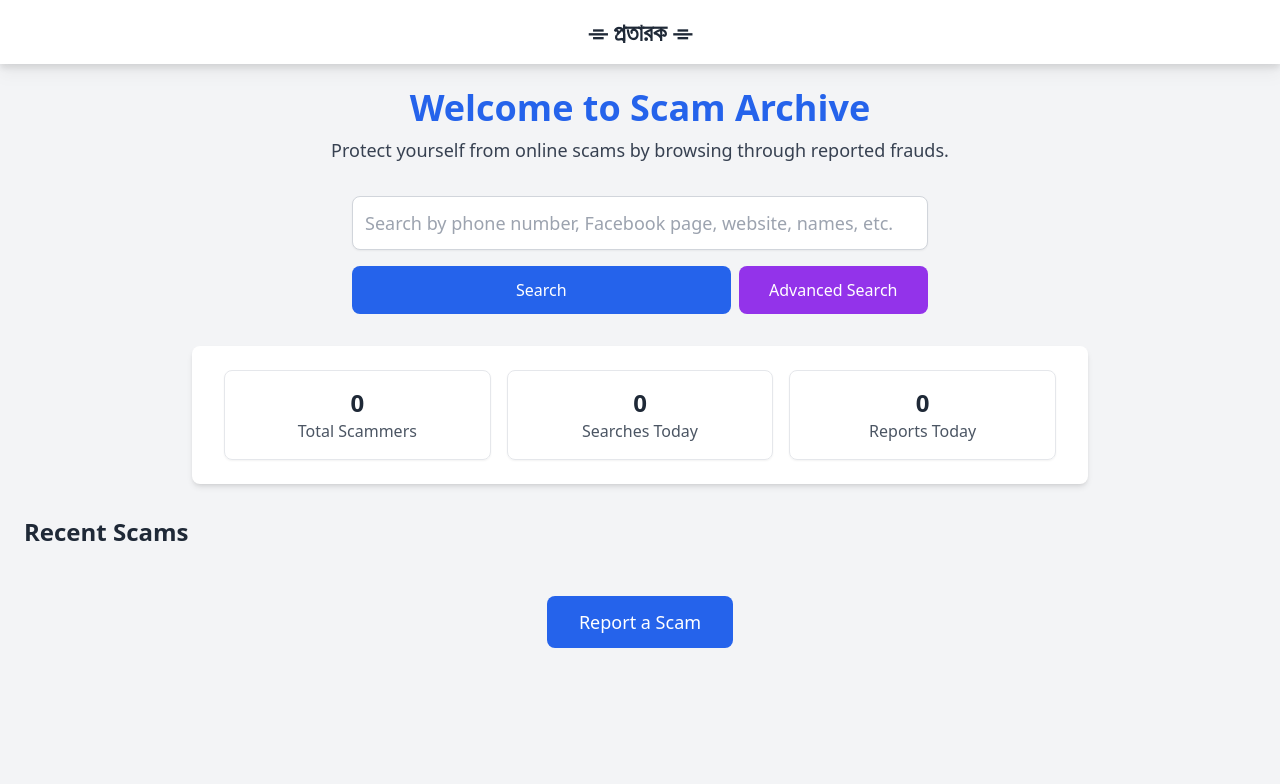
Repository: dev-athar/protarok
Page: /
An editor plug-in stored every save of this project. The page is shown before and after the next save, followed by the edit.
The browser window is 1280 px wide. The pictures show the whole page.
The page's requests for data from a server got no answer. The project was rebuilt for these pictures with package versions that can differ from the ones it lists, and the page was loaded fresh each time. No one was signed in, and anything a server would have sent is missing. Also part of the build but not shown: vite.config.ts, src/pages/SubmitScamPage.tsx, src/pages/ImageUploader.tsx, src/pages/AdvancedSearchPage.tsx, src/pages/ResultCard.tsx, src/pages/SearchPage.tsx, src/pages/ImageSection.tsx, src/pages/ScamDetailPage.tsx and 2 more.

Above is the page before, as saved 2025-01-02 15:11:05.

### src/main.tsx
import { StrictMode } from "react";
import { createRoot } from "react-dom/client";
import "./index.css";
// import "./styles.css";
import App from "./App.tsx";

createRoot(document.getElementById("root")!).render(
  <StrictMode>
    <App />
  </StrictMode>
);

### src/App.tsx
// src/App.js
import { BrowserRouter as Router, Routes, Route } from "react-router-dom";
import HomePage from "./pages/HomePage";
import SubmitScamPage from "./pages/SubmitScamPage";
import ImageUploader from "./pages/ImageUploader";
import AdvancedSearchPage from "./pages/AdvancedSearchPage";
import SearchPage from "./pages/SearchPage";
import ScamDetailPage from "./pages/ScamDetailPage";
import Navbar from "./pages/Navbar";
import AdminDashboard from "./pages/AdminDashboard";

function App() {
  return (
    <Router>
      <Navbar /> {/* Add Navbar component here */}
      <Routes>
        <Route path="/" element={<HomePage />} />
        <Route path="/search" element={<SearchPage />} />
        <Route path="/advanced-search" element={<AdvancedSearchPage />} />
        <Route path="/submit-scam" element={<SubmitScamPage />} />
        <Route path="/test" element={<ImageUploader />} />
        <Route path="/scam-detail/:id" element={<ScamDetailPage />} />
        <Route path="/admin" element={<AdminDashboard />} />
      </Routes>
    </Router>
  );
}

export default App;

### src/pages/HomePage.tsx
// src/pages/HomePage.js
import { useEffect, useState } from "react";
import { useNavigate } from "react-router-dom";
import RecentScamsList from "./RecentScamsList";
import SearchBar from "./SearchBar";
import Counter from "./Counter";
import { supabase } from "../supabase";

function HomePage() {
  const [searchTerm, setSearchTerm] = useState("");
  const navigate = useNavigate();

  const [stats, setStats] = useState({
    totalScammers: 0,
    totalSearchesToday: 0,
    totalReportsToday: 0,
  });

  const handleSearch = (newSearchTerm) => {
    if (newSearchTerm.trim() !== "") {
      setSearchTerm(newSearchTerm); // Update searchTerm state
      navigate(`/search?query=${encodeURIComponent(newSearchTerm)}`);
    }
  };

  useEffect(() => {
    const fetchStats = async () => {
      try {
        // Fetch total scammers count
        const { data: scammersData, error: scammersError } = await supabase
          .from("scamReports")
          .select("id", { count: "exact" }); // Assuming 'id' is the primary key

        if (scammersError) {
          throw scammersError;
        }

        // Fetch total reports today
        const todayStart = new Date().setHours(0, 0, 0, 0); // Midnight of today
        const tomorrowStart = new Date().setHours(24, 0, 0, 0); // Midnight of tomorrow

        const { data: reportsData, error: reportsError } = await supabase
          .from("scamReports")
          .select("id")
          .gte("created_at", new Date(todayStart).toISOString()) // Start of today
          .lt("created_at", new Date(tomorrowStart).toISOString()); // Start of tomorrow

        if (reportsError) {
          throw reportsError;
        }

        // Fetch total search count
        // const { data: searchesData, error: searchedError } = await supabase
        //   .from("edge_logs")
        //   .select("*") // Select only 'method' from 'request' in 'metadata'
        //   .eq("metadata.request.method", "GET");

        // console.log(searchesData);
        // if (searchedError) {
        //   throw searchedError;
        // }

        // log explorer query
        // select count(*) as fetch_request_count
        // from edge_logs as t
        // cross join unnest(t.metadata) as m
        // cross join unnest(m.request) as r
        // where r.method = 'GET';

        setStats({
          totalScammers: scammersData.length, // Or you can use scammersData.count if needed
          totalReportsToday: reportsData.length,
          totalSearchesToday: 112, // You will need to implement logic for this if needed
        });
      } catch (error) {
        console.error("Error fetching stats:", error);
      }
    };

    fetchStats();
  }, []);

  return (
    <div className="min-h-screen bg-gray-100 p-6">
      {/* Header */}
      <header className="text-center mb-8">
        <h1 className="text-4xl font-bold text-blue-600">
          Welcome to Scam Archive
        </h1>
        <p className="text-lg text-gray-700 mt-2">
          Protect yourself from online scams by browsing through reported
          frauds.
        </p>
      </header>

      {/* Pass searchTerm to SearchBar */}
      <SearchBar onSearch={handleSearch} initialQuery={searchTerm} />

      {/* Search Bar */}
      {/* <div className="max-w-xl mx-auto mb-8">
        <input
          type="text"
          className="w-full p-3 text-lg border border-gray-300 rounded-lg shadow-sm focus:outline-none focus:ring-2 focus:ring-blue-500"
          placeholder="Search by phone number, Facebook page, website, etc."
          value={searchTerm}
          onChange={(e) => setSearchTerm(e.target.value)}
          onKeyDown={(e) => e.key === "Enter" && handleSearch()}
        />
        <button
          onClick={handleSearch}
          className="mt-4 w-full bg-blue-600 text-white py-3 px-4 rounded-lg hover:bg-blue-700 transition duration-300"
        >
          Search
        </button>
      </div> */}

      {/* Counters Section */}
      <section className="max-w-4xl mx-auto bg-white p-6 rounded-lg shadow-md mb-8">
        <div className="flex justify-around items-center text-center">
          {/* Use the Counter component */}
          <Counter label="Total Scammers" value={stats.totalScammers} />
          <Counter label="Searches Today" value={stats.totalSearchesToday} />
          <Counter label="Reports Today" value={stats.totalReportsToday} />
        </div>
      </section>
      {/* <section className="max-w-4xl mx-auto bg-white p-6 rounded-lg shadow-md mb-8">
        <div className="flex justify-around items-center text-center">
          <div className="flex-1 p-4 mx-2 border rounded-lg shadow-sm">
            <h3 className="text-2xl font-bold text-gray-800">
              {stats.totalScammers}
            </h3>
            <p className="text-gray-600">Total Scammers</p>
          </div>
          <div className="flex-1 p-4 mx-2 border rounded-lg shadow-sm">
            <h3 className="text-2xl font-bold text-gray-800">
              {stats.totalSearchesToday}
            </h3>
            <p className="text-gray-600">Searches Today</p>
          </div>
          <div className="flex-1 p-4 mx-2 border rounded-lg shadow-sm">
            <h3 className="text-2xl font-bold text-gray-800">
              {stats.totalReportsToday}
            </h3>
            <p className="text-gray-600">Reports Today</p>
          </div>
        </div>
      </section> */}

      {/* Recent Scams List */}
      <RecentScamsList />
      {/* <section className="mb-8">
        <h2 className="text-2xl font-semibold text-gray-800 mb-4">
          Recent Scams
        </h2>
        <div className="grid grid-cols-1 md:grid-cols-2 lg:grid-cols-3 gap-6">
          {recentScams.map((scam) => (
            <div
              key={scam.id}
              className="bg-white p-4 rounded-lg shadow-lg hover:shadow-xl transition duration-200"
            >
              <h3 className="text-xl font-semibold text-gray-900">
                {scam.title}
              </h3>
              <p className="text-gray-600 mt-2">{scam.description}</p>
            </div>
          ))}
        </div>
      </section> */}

      {/* Report Scam Button */}
      <div className="text-center mb-8">
        <a
          href="/submit-scam"
          className="inline-block bg-blue-600 text-white py-3 px-8 rounded-lg text-lg hover:bg-blue-700 transition duration-300"
        >
          Report a Scam
        </a>
      </div>

      {/* Login Button */}
      {/* <div className="text-center">
        <a
          href="/login"
          className="inline-block bg-green-600 text-white py-3 px-8 rounded-lg text-lg hover:bg-green-700 transition duration-300"
        >
          Log In
        </a>
      </div> */}
    </div>
  );
}

export default HomePage;

### src/pages/Navbar.tsx
// src/components/Navbar.js
import React from "react";
import { Link } from "react-router-dom";

const Navbar = () => {
  return (
    <div className="w-full h-16  bg-white flex justify-center items-center drop-shadow-lg transition-shadow duration-300">
      <Link
        to="/"
        className="text-gray-800 text-2xl font-semibold hover:text-gray-600"
      >
        &#9007; প্রতারক &#9007;
      </Link>
    </div>
  );
};

export default Navbar;

### src/pages/RecentScamsList.tsx
import { supabase } from "../supabase"; // Ensure you have a supabase.js file exporting the initialized client
import { useEffect, useState } from "react";
import { useNavigate } from "react-router-dom"; // Import useNavigate

const RecentScamsList = () => {
  const [recentScams, setRecentScams] = useState([]);
  const [loading, setLoading] = useState(true);
  const navigate = useNavigate(); // Initialize navigate

  const fetchRecentScams = async () => {
    try {
      const { data, error } = await supabase
        .from("public_reports") // Ensure this matches your new table name
        .select("id, scamProfileName, scamAmount, description, dateOfScam") // Update to match new column names
        .order("dateOfScam", { ascending: false }) // Update to match new sorting logic if needed
        .limit(6); // Adjust the number as needed

      if (error) throw error;
      console.log("Scam list:", data);
      return data;
    } catch (error) {
      console.error("Error fetching recent scams:", error);
      return [];
    }
  };

  useEffect(() => {
    const loadRecentScams = async () => {
      const scams = await fetchRecentScams();
      setRecentScams(scams);
      setLoading(false);
    };

    loadRecentScams();
  }, []); // Empty dependency array means this runs only once when the component is mounted.

  // Function to handle clicking on a scam item
  const handleScamClick = (id) => {
    navigate(`/scam-detail/${id}`); // Navigate to the scam detail page
  };

  return (
    <section className="mb-8">
      <h2 className="text-2xl font-semibold text-gray-800 mb-4">
        Recent Scams
      </h2>
      {loading ? (
        <p className="text-gray-600">Loading...</p>
      ) : (
        <div className="grid grid-cols-1 md:grid-cols-2 lg:grid-cols-3 gap-6">
          {recentScams.map((scam) => (
            <div
              key={scam.id}
              className="bg-white p-4 rounded-lg shadow-lg hover:shadow-xl transition duration-200 cursor-pointer"
              onClick={() => handleScamClick(scam.id)} // Add onClick event
            >
              <h3 className="text-xl font-semibold text-gray-900">
                {scam.scamProfileName}{" "}
                {/* Adjust if the column name has changed */}
              </h3>
              <p className="text-red-600 font-bold mt-2">
                Tk {scam.scamAmount}{" "}
                {/* Adjust if the column name has changed */}
              </p>
              <p className="text-gray-600 mt-2">
                {scam.description} {/* Adjust if the column name has changed */}
              </p>
            </div>
          ))}
        </div>
      )}
    </section>
  );
};

export default RecentScamsList;

### src/pages/SearchBar.tsx
// src/components/SearchBar.js
import { useState, useEffect } from "react";
import { useNavigate } from "react-router-dom";

function SearchBar({ initialQuery = "", onSearch }) {
  const [searchTerm, setSearchTerm] = useState(initialQuery);
  const navigate = useNavigate();

  useEffect(() => {
    setSearchTerm(initialQuery);
    console.log("initialQuery:", initialQuery);
  }, [initialQuery]);

  const handleSearch = () => {
    if (searchTerm.trim() !== "") {
      navigate(`/search?query=${encodeURIComponent(searchTerm)}`);
      if (onSearch) onSearch(searchTerm);
    }
  };

  const handleAdvancedSearch = () => {
    if (searchTerm.trim() !== "") {
      navigate(`/advanced-search?query=${encodeURIComponent(searchTerm)}`);
      if (onSearch) onSearch(searchTerm);
    }
  };

  return (
    <div className="max-w-xl mx-auto mb-8">
      <input
        type="text"
        className="w-full p-3 text-lg border border-gray-300 rounded-lg shadow-sm focus:outline-none focus:ring-2 focus:ring-blue-500"
        placeholder="Search by phone number, Facebook page, website, names, etc."
        value={searchTerm}
        onChange={(e) => setSearchTerm(e.target.value)}
        onKeyDown={(e) => e.key === "Enter" && handleSearch()}
      />
      <div className="flex justify-between items-center mt-4">
        <button
          onClick={handleSearch}
          className="w-2/3 bg-blue-600 text-white py-3 px-4 rounded-lg hover:bg-blue-700 transition duration-300 mr-2"
        >
          Search
        </button>
        <button
          onClick={handleAdvancedSearch}
          className="w-1/3 bg-purple-600 text-white py-3 px-4 rounded-lg hover:bg-purple-700 transition duration-300"
        >
          Advanced Search
        </button>
      </div>
    </div>
  );
}

export default SearchBar;

### src/pages/Counter.tsx
// src/components/Counter.js
function Counter({ label, value }) {
  return (
    <div className="flex-1 p-4 mx-2 border rounded-lg shadow-sm">
      <h3 className="text-2xl font-bold text-gray-800">{value}</h3>
      <p className="text-gray-600">{label}</p>
    </div>
  );
}

export default Counter;

### src/supabase.js
// src/supabase.js
import { createClient } from "@supabase/supabase-js";

// Replace with your Supabase project details
const SUPABASE_URL = "https://sifneaujnvssmmholqep.supabase.co";
const SUPABASE_ANON_KEY =
  "eyJhbGciOiJIUzI1NiIsInR5cCI6IkpXVCJ9.eyJpc3MiOiJzdXBhYmFzZSIsInJlZiI6InNpZm5lYXVqbnZzc21taG9scWVwIiwicm9sZSI6ImFub24iLCJpYXQiOjE3MzU1Nzg3OTYsImV4cCI6MjA1MTE1NDc5Nn0.zF7HMOg0-BrktsjLbYnVq5kqcp5-WHRwPWzEX9ggRew";

export const supabase = createClient(SUPABASE_URL, SUPABASE_ANON_KEY);

### tailwind.config.js
/** @type {import('tailwindcss').Config} */
// export default {
module.exports = {
  content: ["./index.html", "./src/**/*.{js,ts,jsx,tsx}"],
  theme: {
    extend: {},
  },
  plugins: [],
};

Loaded but not shown: index.html (common file); src/index.css (common file)

After the next save:
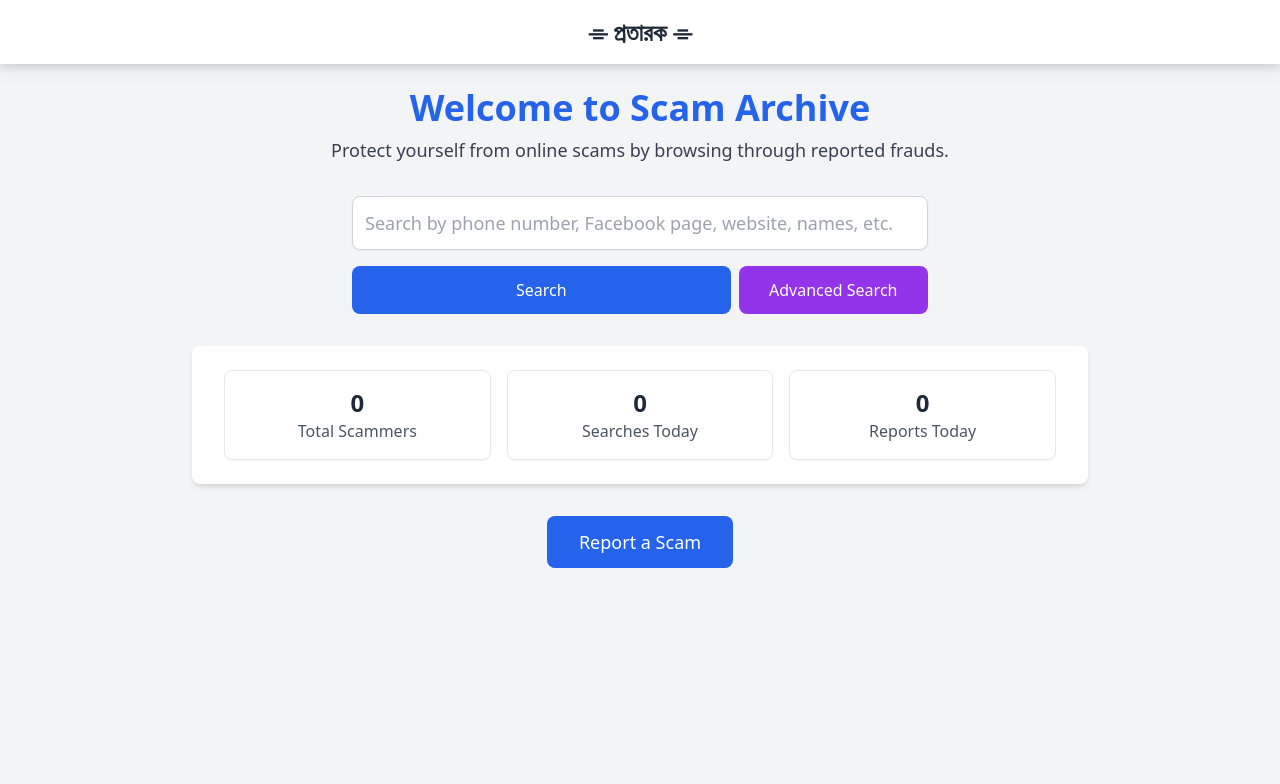
Saved 70 s later.
--- a/src/pages/HomePage.tsx
+++ b/src/pages/HomePage.tsx
@@ -147,25 +147,7 @@
       </section> */}
 
       {/* Recent Scams List */}
-      <RecentScamsList />
-      {/* <section className="mb-8">
-        <h2 className="text-2xl font-semibold text-gray-800 mb-4">
-          Recent Scams
-        </h2>
-        <div className="grid grid-cols-1 md:grid-cols-2 lg:grid-cols-3 gap-6">
-          {recentScams.map((scam) => (
-            <div
-              key={scam.id}
-              className="bg-white p-4 rounded-lg shadow-lg hover:shadow-xl transition duration-200"
-            >
-              <h3 className="text-xl font-semibold text-gray-900">
-                {scam.title}
-              </h3>
-              <p className="text-gray-600 mt-2">{scam.description}</p>
-            </div>
-          ))}
-        </div>
-      </section> */}
+      {/* <RecentScamsList /> */}
 
       {/* Report Scam Button */}
       <div className="text-center mb-8">

After the save that followed:
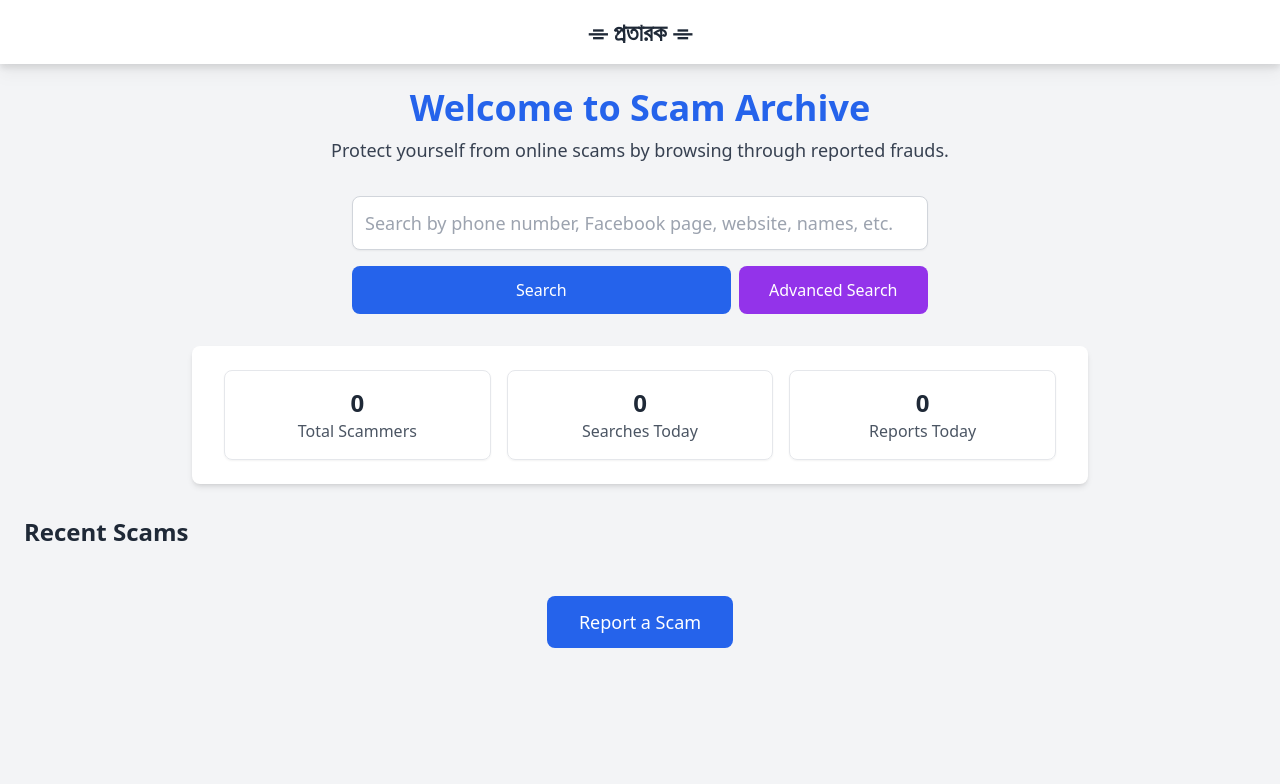
Saved 11 s later.
--- a/src/pages/HomePage.tsx
+++ b/src/pages/HomePage.tsx
@@ -147,7 +147,7 @@
       </section> */}
 
       {/* Recent Scams List */}
-      {/* <RecentScamsList /> */}
+      <RecentScamsList />
 
       {/* Report Scam Button */}
       <div className="text-center mb-8">
